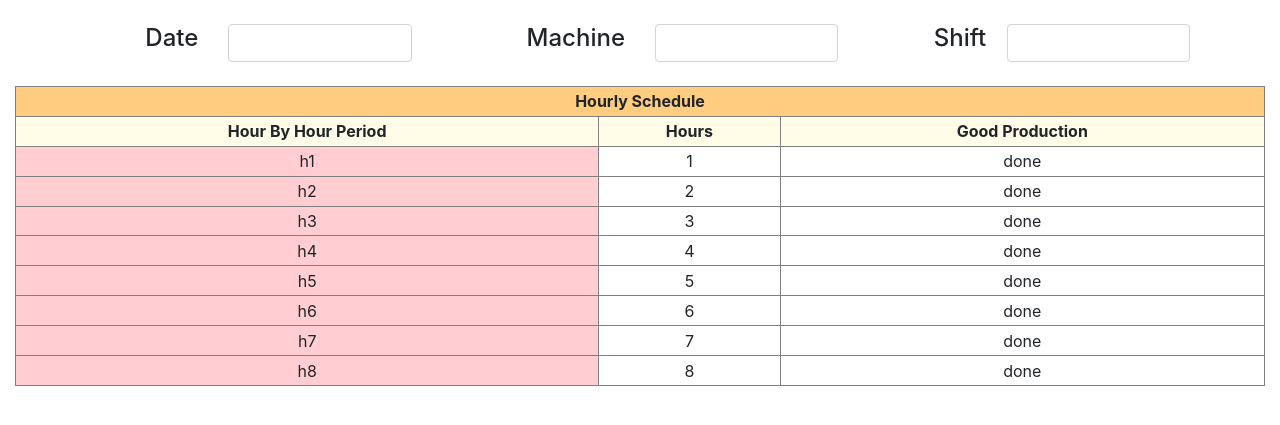
Repository: hisamit97/TVS-Locas
Page: index.html
These files come from the project's save history. The page is drawn as it stood at one moment and after the next save; the edit follows.
The browser window is 1280 px wide. The pictures show the whole page.

Above is the page before, as saved 2020-11-30 19:08:11.

After the next save:
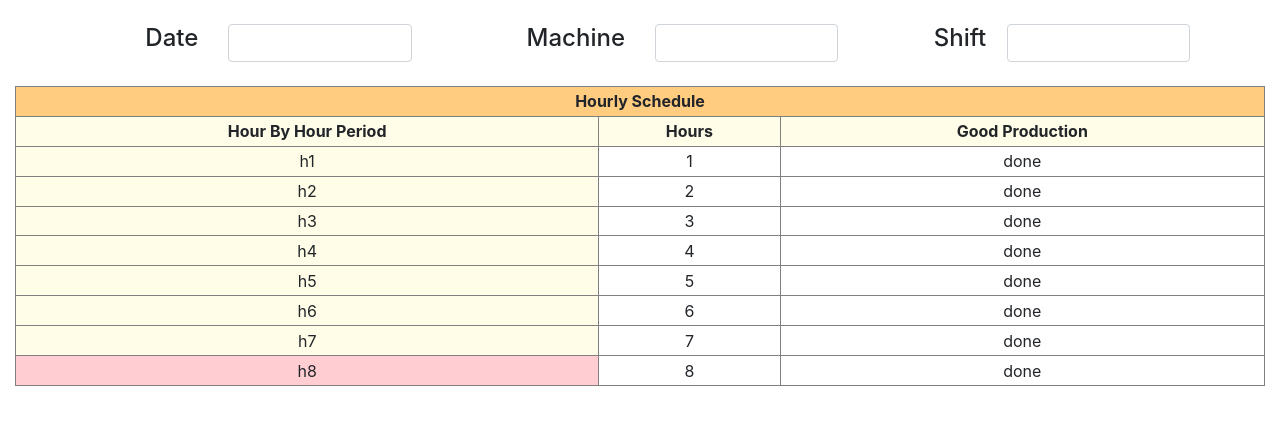
Saved 52 s later.
--- a/index.html
+++ b/index.html
@@ -49,37 +49,37 @@
                        <th>Good Production</th>
                     </tr>
                     <tr style="text-align: center;">
-                        <td style="background:#ffcdd2;">h1</td>
+                        <td style="background:#fffde7;">h1</td>
                         <td>1</td>
                         <td>done</td>
                     </tr>
                     <tr style="text-align: center;">
-                        <td style="background:#ffcdd2;">h2</td>
+                        <td style="background:#fffde7;">h2</td>
                         <td>2</td>
                         <td>done</td>
                     </tr>
                     <tr style="text-align: center;">
-                        <td style="background:#ffcdd2;">h3</td>
+                        <td style="background:#fffde7;">h3</td>
                         <td>3</td>
                         <td>done</td>
                     </tr>
                     <tr style="text-align: center;">
-                        <td style="background:#ffcdd2;">h4</td>
+                        <td style="background:#fffde7;">h4</td>
                         <td>4</td>
                         <td>done</td>
                     </tr>
                     <tr style="text-align: center;">
-                        <td style="background:#ffcdd2;">h5</td>
+                        <td style="background:#fffde7;">h5</td>
                         <td>5</td>
                         <td>done</td>
                     </tr>
                     <tr style="text-align: center;">
-                        <td style="background:#ffcdd2;">h6</td>
+                        <td style="background:#fffde7;">h6</td>
                         <td>6</td>
                         <td>done</td>
                     </tr>
                     <tr style="text-align: center;">
-                        <td style="background:#ffcdd2;">h7</td>
+                        <td style="background:#fffde7;">h7</td>
                         <td>7</td>
                         <td>done</td>
                     </tr>
